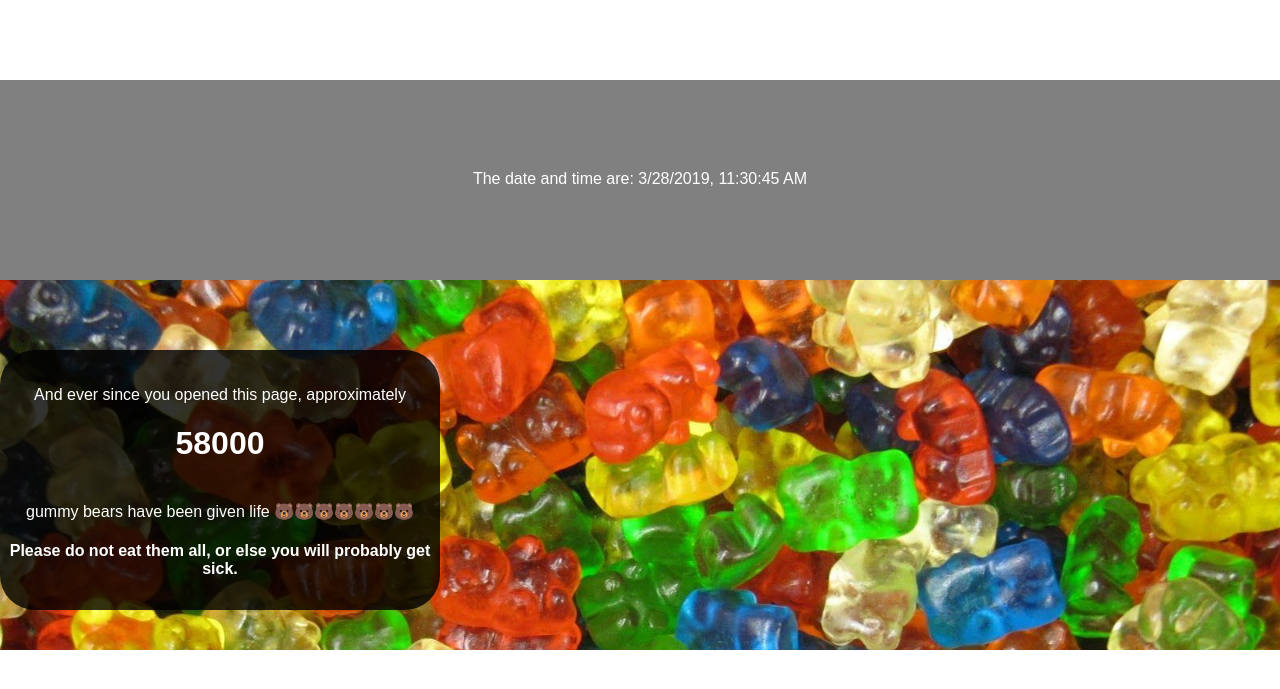
Repository: crispinonicky/gummy-facts
Page: /
An editor plug-in stored every save of this project. The page is shown before and after the next save, followed by the edit.
The browser window is 1280 px wide. The pictures show the whole page.
The project was rebuilt for these pictures with package versions that can differ from the ones it lists, and the page was loaded fresh each time.

Above is the page before, as saved 2019-03-28 15:41:58.

After the next save:
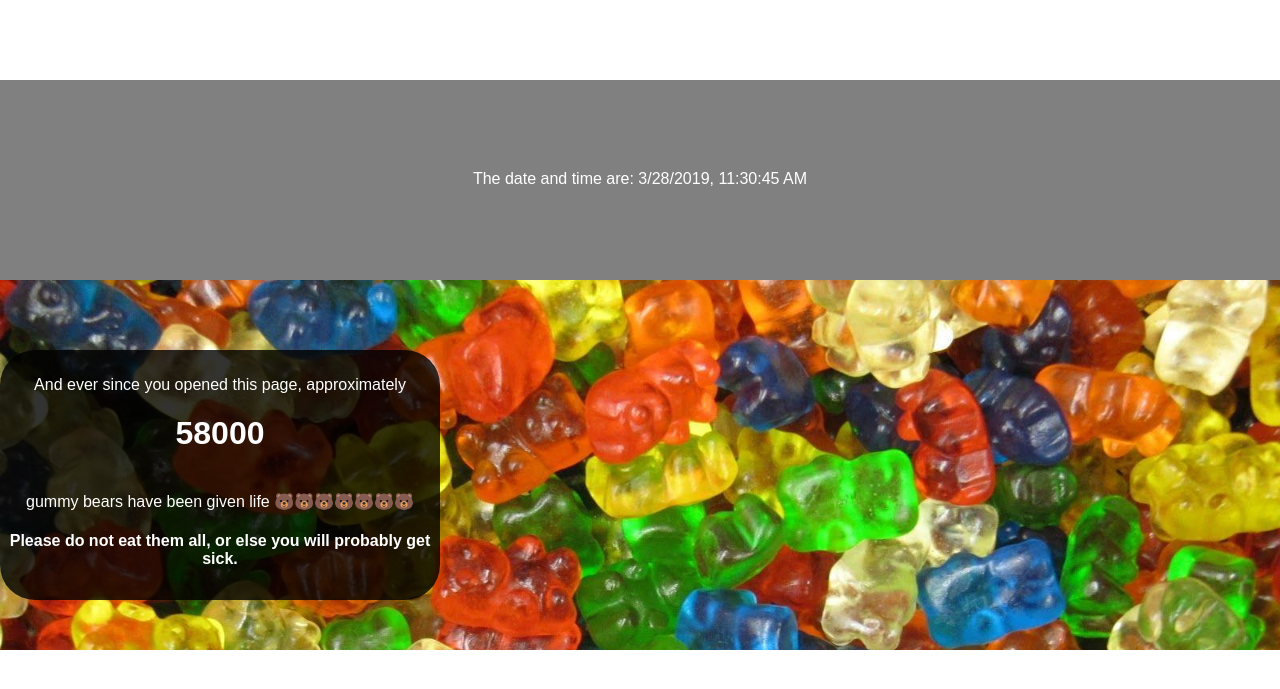
Saved 5 s later.
--- a/src/App.css
+++ b/src/App.css
@@ -25,7 +25,7 @@
 }
 
 .gray-box{
-  padding-top: 20px;
+  padding-top: 10px;
   background-color: rgba(0, 0, 0, 0.8);
   height: 240px;
   width: 440px;
